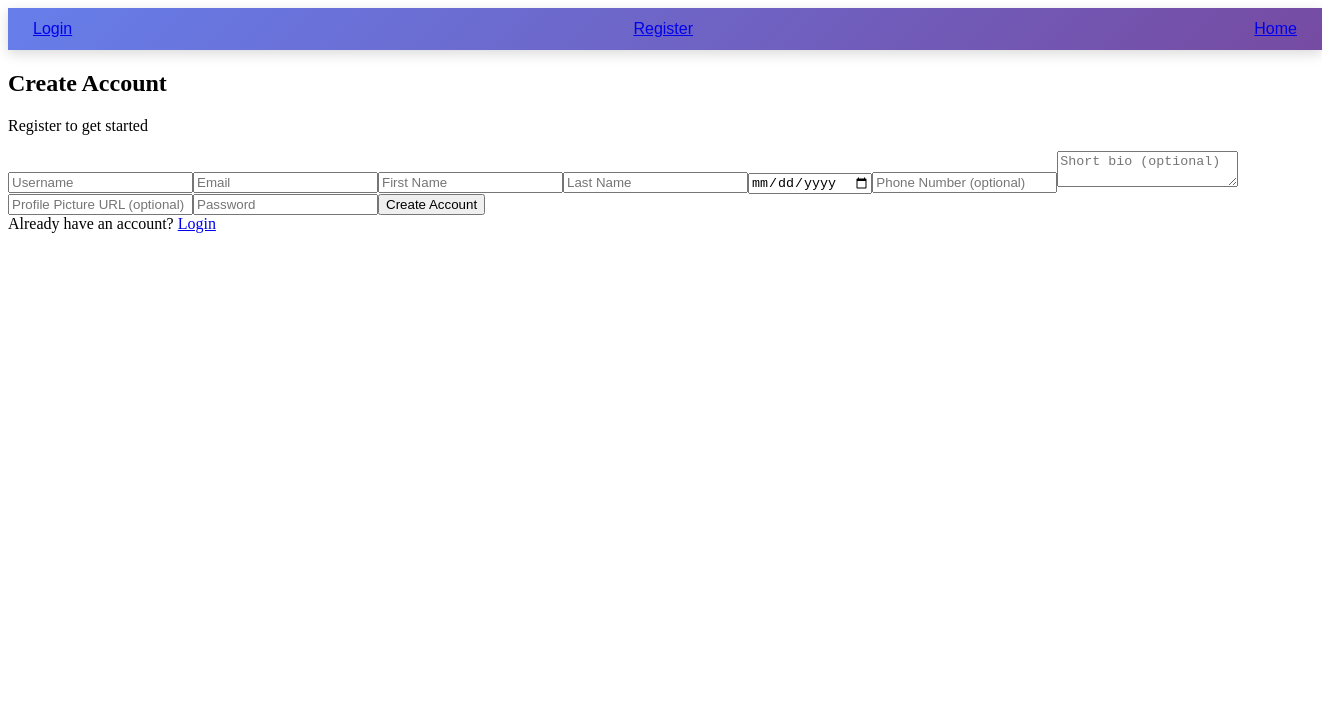
Repository: BMXracer44/CalendarConnect
Page: /register (app in frontend/)
These files come from the project's save history. The page is drawn as it stood at one moment and after the next save; the edit follows.
The browser window is 1280 px wide. The page is 1322 px wide, so the pictures cover 1322 px, including what lies to the right of the window. The pictures show the whole page.
The project was rebuilt for these pictures with package versions that can differ from the ones it lists, and the page was loaded fresh each time. Also part of the build but not shown: frontend/src/pages/Login.jsx.

Above is the page before, as saved 2026-04-07 17:27:45.

### frontend/src/index.js
import React from "react";
import ReactDOM from "react-dom/client";
import { RouterProvider } from "react-router-dom";
import { router } from "./router";
import "./index.css";


ReactDOM.createRoot(document.getElementById("root")).render(
  <RouterProvider router={router} />
);

### frontend/src/router.jsx
import { createBrowserRouter } from "react-router-dom";
import App from "./App";
import Login from "./pages/Login";
import Register from "./pages/Register";
import Home from "./pages/Home";

export const router = createBrowserRouter([
  {
    path: "/",
    element: <App />,   // 👈 use App here
    children: [
      { index: true, element: <Login /> },     // "/"
      { path: "register", element: <Register /> },
      { path: "home", element: <Home /> }
    ]
  }
]);

### frontend/src/index.css
/* =========================
   NAVBAR
========================= */
.navbar {
  width: 100%;
  background: linear-gradient(135deg, #667eea, #764ba2);
  padding: 12px 25px;
  display: flex;
  justify-content: space-between;
  align-items: center;
  color: #fff;
  box-shadow: 0 4px 12px rgba(0,0,0,0.15);
  font-family: Arial, sans-serif;
}

.navbar .logo {
  font-size: 20px;
  font-weight: bold;
  color: #fff;
  text-decoration: none;
}

.navbar .nav-links {
  display: flex;
  gap: 18px;
}

.navbar .nav-links a {
  color: #fff;
  text-decoration: none;
  font-weight: 500;
  padding: 6px 12px;
  border-radius: 8px;
  transition: background 0.2s ease, transform 0.2s ease;
}

.navbar .nav-links a:hover {
  background: rgba(255, 255, 255, 0.15);
  transform: translateY(-2px);
}

.navbar .user-info {
  display: flex;
  align-items: center;
  gap: 12px;
}

.navbar .user-info img {
  width: 32px;
  height: 32px;
  border-radius: 50%;
  object-fit: cover;
  border: 2px solid #fff;
}

.navbar button.logout-btn {
  background: #e74c3c;
  border: none;
  color: white;
  padding: 6px 12px;
  border-radius: 8px;
  cursor: pointer;
  font-weight: bold;
  transition: background 0.2s ease, transform 0.2s ease;
}

.navbar button.logout-btn:hover {
  background: #c0392b;
  transform: translateY(-2px);
}

### frontend/src/App.js
// App.js
import { Outlet, NavLink } from "react-router-dom";
import "./index.css"; // optional if you want to style with CSS

function App() {
  return (
    <div>
      {/* Navigation Bar */}
      <nav className="navbar">
        <NavLink
          to="/"
          className={({ isActive }) => isActive ? "nav-link active" : "nav-link"}
          end
        >
          Login
        </NavLink>
        <NavLink
          to="/register"
          className={({ isActive }) => isActive ? "nav-link active" : "nav-link"}
        >
          Register
        </NavLink>
        <NavLink
          to="/home"
          className={({ isActive }) => isActive ? "nav-link active" : "nav-link"}
        >
          Home
        </NavLink>
      </nav>

      {/* Render the page content */}
      <div className="page-content">
        <Outlet />
      </div>
    </div>
  );
}

export default App;

### frontend/src/pages/Register.jsx
import React, { useState } from "react";
import { useNavigate } from "react-router-dom";

const Register = () => {
  const navigate = useNavigate();

  const [formData, setFormData] = useState({
    username: "",
    email: "",
    password: "",
    confirmPassword: "",
    first_name: "",
    last_name: "",
    birthdate: "",
    phone_number: "",
    bio: "",
    profile_picture_url: "",
    theme_preference: "light"
  });

  const [error, setError] = useState("");
  const [success, setSuccess] = useState("");

  const handleChange = (e) => {
    setFormData({
      ...formData,
      [e.target.name]: e.target.value
    });
  };

  const handleSubmit = async (e) => {
    e.preventDefault();

    if (formData.password !== formData.confirmPassword) {
      setError("Passwords do not match");
      setSuccess("");
      return;
    }

    try {
      const { confirmPassword, ...payload } = formData;

      const response = await fetch("http://localhost:8080/api/register", {
        method: "POST",
        headers: {
          "Content-Type": "application/json"
        },
        body: JSON.stringify(payload)
      });

      const data = await response.json();

      if (response.ok) {
        setSuccess("Account created successfully!");
        setError("");

        setTimeout(() => {
          navigate("/login");
        }, 1000);

        setFormData({
          username: "",
          email: "",
          password: "",
          confirmPassword: "",
          first_name: "",
          last_name: "",
          birthdate: "",
          phone_number: "",
          bio: "",
          profile_picture_url: "",
          theme_preference: "light"
        });

      } else {
        setError(data.message || "Registration failed");
        setSuccess("");
      }

    } catch (err) {
      setError("Server not reachable");
      setSuccess("");
    }
  };

  return (
    <div className="login-container">
      <div className="login-card register-card">

        <h2>Create Account</h2>
        <p>Register to get started</p>

        {error && <p className="error-text">{error}</p>}
        {success && <p className="success-text">{success}</p>}

        <form onSubmit={handleSubmit} className="register-form">

          <input
            type="text"
            name="username"
            placeholder="Username"
            value={formData.username}
            onChange={handleChange}
            required
          />

          <input
            type="email"
            name="email"
            placeholder="Email"
            value={formData.email}
            onChange={handleChange}
            required
          />

          <input
            type="text"
            name="first_name"
            placeholder="First Name"
            value={formData.first_name}
            onChange={handleChange}
            required
          />

          <input
            type="text"
            name="last_name"
            placeholder="Last Name"
            value={formData.last_name}
            onChange={handleChange}
            required
          />

          <input
            type="date"
            name="birthdate"
            value={formData.birthdate}
            onChange={handleChange}
            required
          />

          <input
            type="text"
            name="phone_number"
            placeholder="Phone Number (optional)"
            value={formData.phone_number}
            onChange={handleChange}
          />

          <textarea
            name="bio"
            placeholder="Short bio (optional)"
            value={formData.bio}
            onChange={handleChange}
          />

          <input
            type="url"
            name="profile_picture_url"
            placeholder="Profile Picture URL (optional)"
            value={formData.profile_picture_url}
            onChange={handleChange}
          />

          {/* Optional preview */}
          {formData.profile_picture_url && (
            <img
              src={formData.profile_picture_url}
              alt="Preview"
              style={{ width: "80px", height: "80px", borderRadius: "50%" }}
            />
          )}

          <input
            type="password"
            name="password"
            placeholder="Password"
            value={formData.password}
            onChange={handleChange}
            required
          />

          <button type="submit">Create Account</button>
        </form>

        <div className="bottom-text">
          Already have an account? <a href="/">Login</a>
        </div>

      </div>
    </div>
  );
};

export default Register;

Loaded but not shown: frontend/src/pages/Home.jsx (no stored copy; drawn as an empty file)

After the next save:
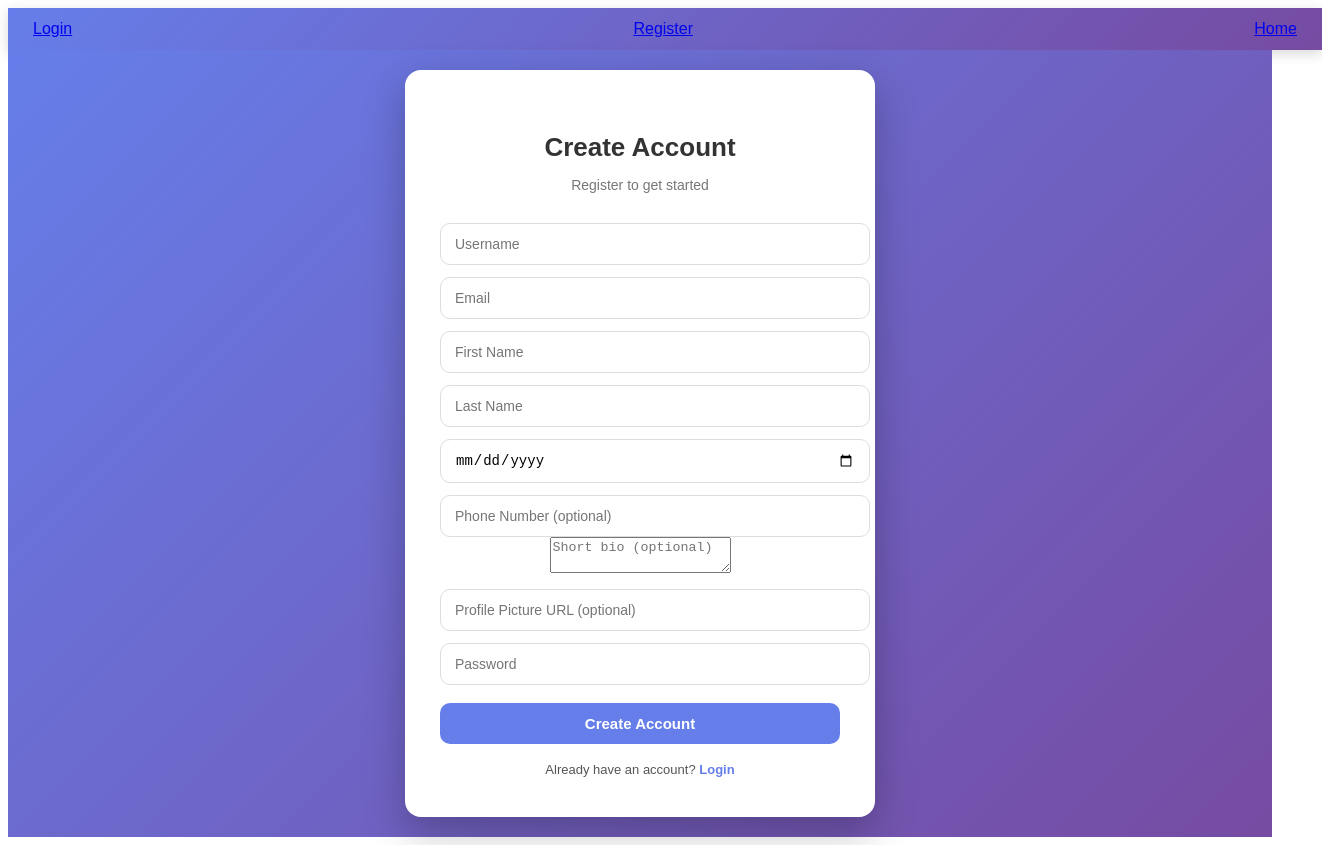
Saved 20 s later.
--- a/frontend/src/index.css
+++ b/frontend/src/index.css
@@ -1,3 +1,140 @@
+/* =========================
+   GLOBAL PAGE BACKGROUND
+========================= */
+.login-container {
+  min-height: 100vh;
+  display: flex;
+  justify-content: center;
+  align-items: center;
+  padding: 20px;
+  background: linear-gradient(135deg, #667eea, #764ba2);
+  font-family: Arial, sans-serif;
+}
+
+/* =========================
+   AUTH CARD (LOGIN + REGISTER)
+========================= */
+.login-card {
+  width: 100%;
+  max-width: 400px;
+  background: #ffffff;
+  padding: 40px 35px;
+  border-radius: 16px;
+  box-shadow: 0 15px 40px rgba(0, 0, 0, 0.25);
+  text-align: center;
+  animation: fadeIn 0.4s ease-in-out;
+}
+
+/* Card animation */
+@keyframes fadeIn {
+  from {
+    opacity: 0;
+    transform: translateY(15px);
+  }
+  to {
+    opacity: 1;
+    transform: translateY(0);
+  }
+}
+
+/* =========================
+   HEADINGS
+========================= */
+.login-card h2 {
+  font-size: 26px;
+  margin-bottom: 8px;
+  color: #333;
+}
+
+.login-card p {
+  font-size: 14px;
+  color: #777;
+  margin-bottom: 18px;
+}
+
+/* =========================
+   INPUT FIELDS
+========================= */
+.login-card input {
+  width: 100%;
+  padding: 12px 14px;
+  margin-top: 12px;
+  border: 1px solid #ddd;
+  border-radius: 10px;
+  font-size: 14px;
+  outline: none;
+  transition: all 0.25s ease;
+}
+
+/* Focus effect */
+.login-card input:focus {
+  border-color: #667eea;
+  box-shadow: 0 0 8px rgba(102, 126, 234, 0.35);
+}
+
+/* =========================
+   BUTTON
+========================= */
+.login-card button {
+  width: 100%;
+  padding: 12px;
+  margin-top: 18px;
+  background: #667eea;
+  color: white;
+  border: none;
+  border-radius: 10px;
+  font-size: 15px;
+  font-weight: bold;
+  cursor: pointer;
+  transition: all 0.2s ease;
+}
+
+/* Hover effect */
+.login-card button:hover {
+  background: #5a67d8;
+  transform: translateY(-2px);
+}
+
+/* =========================
+   ERROR & SUCCESS MESSAGES
+========================= */
+.error-text {
+  color: #e74c3c;
+  font-size: 13px;
+  margin-top: 10px;
+}
+
+.success-text {
+  color: #2ecc71;
+  font-size: 13px;
+  margin-top: 10px;
+}
+
+/* =========================
+   BOTTOM TEXT LINKS
+========================= */
+.bottom-text {
+  margin-top: 18px;
+  font-size: 13px;
+  color: #555;
+}
+
+.bottom-text a {
+  color: #667eea;
+  font-weight: bold;
+  text-decoration: none;
+}
+
+.bottom-text a:hover {
+  text-decoration: underline;
+}
+
+/* =========================
+   REGISTER SPACING (optional)
+========================= */
+.register-extra-spacing input {
+  margin-top: 14px;
+}
 /* =========================
    NAVBAR
 ========================= */
